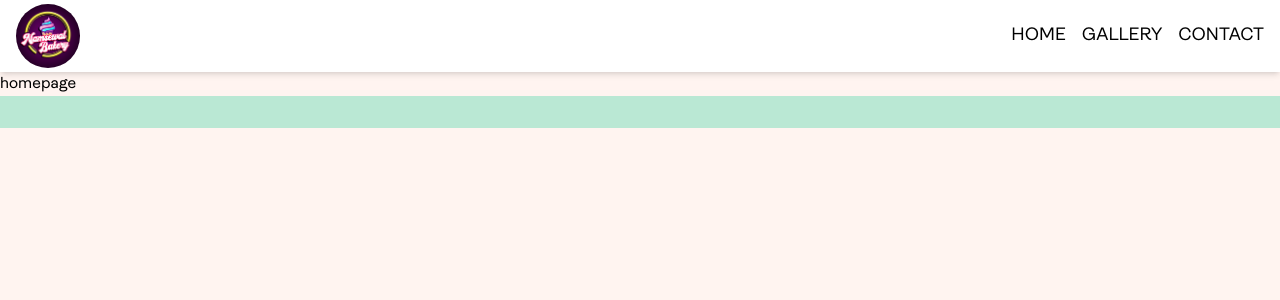
Repository: nabinkatwal7/namsewal
Page: /
These files come from the project's save history. The page is drawn as it stood at one moment and after the next save; the edit follows.
The browser window is 1280 px wide. The pictures show the whole page.
The project was rebuilt for these pictures with package versions that can differ from the ones it lists, and the page was loaded fresh each time. The framework's server and built-in components were replaced by stand-ins that run in the browser. Also part of the build but not shown: next.config.mjs.

Above is the page before, as saved 2024-08-27 10:16:03.

After the next save:
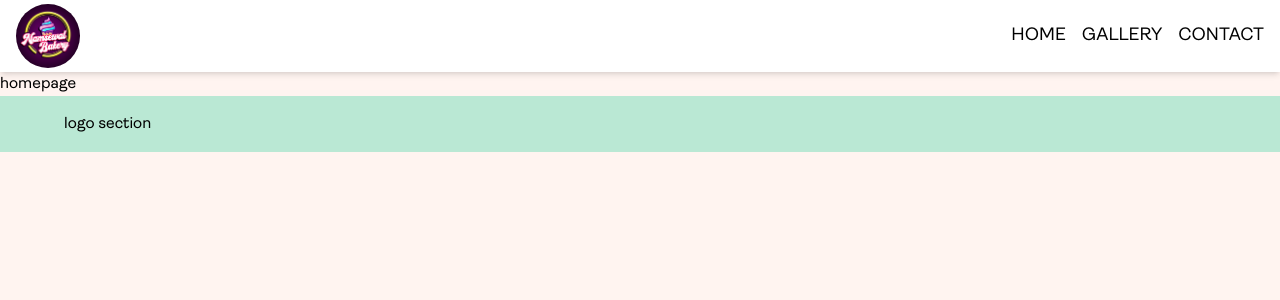
Saved 11 s later.
--- a/components/ui/Footer.tsx
+++ b/components/ui/Footer.tsx
@@ -2,7 +2,9 @@
 
 const Footer = () => {
   return (
-    <div className="bg-[#bae8d4] px-16 py-4 flex flex-row justify-between"></div>
+    <div className="bg-[#bae8d4] px-16 py-4 flex flex-row justify-between">
+      <div>logo section</div>
+    </div>
   );
 };
 
